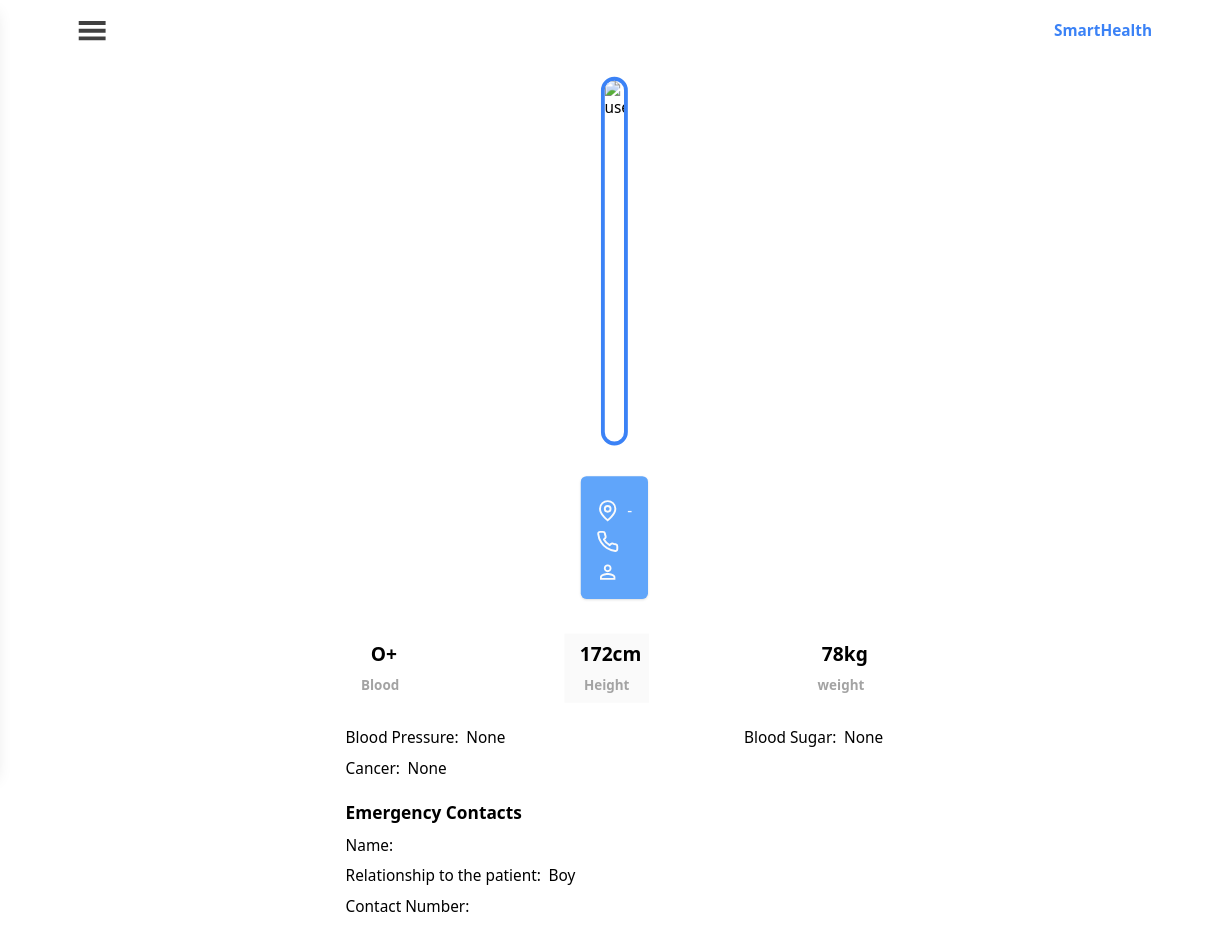
Repository: Sanaa00/HI-user
Page: /home
The author's editor kept a copy of each file at every save. The page is drawn from the files as they stood at one save, then again after the next save.
The browser window is 1280 px wide. The pictures show the whole page, at 96% of full size.
The page's requests for data from a server got no answer. The project was rebuilt for these pictures with package versions that can differ from the ones it lists, and the page was loaded fresh each time. No one was signed in, and anything a server would have sent is missing. Also part of the build but not shown: vite.config.js, src/App.css, src/Components/Pagination.jsx, src/Pages/Prescription.jsx, src/Components/modalComponent.jsx, src/Pages/Laboratory.jsx, src/Pages/Radiographic.jsx, src/Components/InputField.jsx and 2 more.

Above is the page before, as saved 2024-01-12 21:14:09.

### src/main.jsx
import React from 'react';
import ReactDOM from 'react-dom/client';
import App from './App.jsx';
import './index.css';
import Modal from 'react-modal';
import { BrowserRouter } from 'react-router-dom';
Modal.setAppElement('#root');
ReactDOM.createRoot(document.getElementById('root')).render(
  <React.StrictMode>
    <BrowserRouter>
      {/* <Provider store={store}> */}
      <App />
      {/* </Provider>{' '} */}
    </BrowserRouter>
  </React.StrictMode>,
);

### src/App.jsx
import { Route, Routes } from 'react-router-dom';
import './App.css';
import Home from './Pages/Home';
// import Test from './Pages/Test';
import Navbar from './Components/Navbar';
import Prescription from './Pages/Prescription';
import Laboratory from './Pages/Laboratory';
import Radiographic from './Pages/Radiographic';
import ModalComponent from './Components/modalComponent';
import Login from './Pages/Login';
import SignUp from './Pages/SignUp';

function App() {
  return (
    <>
      <Navbar />
      <Routes>
        <Route path="/home" element={<Home />} />
        <Route path="/laboratory" element={<Laboratory />}>
          <Route path=":id" element={<ModalComponent />} />
        </Route>
        <Route path="/Radiographic" element={<Radiographic />} />
        <Route path="/Prescription" element={<Prescription />} />
        <Route path="/" element={<Login />} />
        <Route path="/signup" element={<SignUp />} />
        {/* <Route path="products" element={<Products />} />
          <Route path="setting" element={<Setting />} />
          <Route path="hide" element={<HideProducts />} /> */}
        {/* </Route> */}
      </Routes>
    </>
  );
}

export default App;

### src/Pages/Home.jsx
import { useEffect, useState } from 'react';
import { supabase } from '../supabaseClient';
import { FaLocationDot, FaPhone } from 'react-icons/fa6';
import { LuPhone } from 'react-icons/lu';
import { MdPermIdentity } from 'react-icons/md';
import { CiPhone } from 'react-icons/ci';
import { GrLocation } from 'react-icons/gr';
function Home() {
  const [data, setData] = useState([]);

  useEffect(() => {
    const fetchData = async () => {
      const { data, error } = await supabase
        .from('personInformation')
        .select('*')
        .eq('id', 34567890)
        .single();
      console.log('first', data);
      if (error) console.log('Error', error);
      else setData(data);
    };

    fetchData();
  }, []);
  return (
    <div className="mt-16 min-h-screen p-4 sm:px-10 md:px-20  flex flex-col lg:items-center">
      <div className="flex justify-center items-center">
        {console.log(data)}{' '}
        <img
          className="object-cover rounded-full w-72 border-4 border-blue-500 h-72 lg:w-1/2 lg:h-96 "
          src={data.userImage}
          alt="user"
        />
      </div>
      {/* <div className="mt-5 text-center font-bold text-lg lg:w-1/2">
        Personal Information
      </div> */}
      <div className="mt-3 lg:w-1/2 flex justify-center items-center">
        {/* <span>Name:</span> */}
        <span className="ml-2 font-semibold">{data.fullName}</span>
      </div>{' '}
      {/* <div className="mt-2 flex justify-between items-center lg:w-1/2"> */}
      {/* <span>
          {' '}
          <span>DOB:</span>
          <span className="ml-2">{data.dateOfBirth}</span>
        </span>{' '}
        <span>
          {' '}
          <span>Gender:</span>
          <span className="ml-2">{data.gender}</span>
        </span> */}
      {/* </div>{' '} */}
      <div className="mt-5 bg-blue-400 text-neutral-50 rounded-md p-4 shadow ">
        {' '}
        <div className="mt-2 flex justify-between items-center lg:w-1/2">
          <span className="flex items-center flex-row">
            {' '}
            <span>
              <GrLocation className="w-6 h-6" />
            </span>
            <span className="ml-2">
              {data.city}-{data.address}
            </span>
          </span>
        </div>
        {/* ****************** */}
        <div className="mt-2 flex justify-between items-center lg:w-1/2">
          <span className="flex items-center">
            {' '}
            <span>
              <LuPhone className="w-6 h-6" />
            </span>
            <span className="ml-2">{data.contactNumber}</span>
          </span>{' '}
        </div>{' '}
        <div className="mt-2 flex justify-between items-center lg:w-1/2">
          <span className="flex items-center">
            {' '}
            <span>
              <MdPermIdentity className="w-6 h-6" />
            </span>
            <span className="ml-2">{data.id}</span>
          </span>{' '}
        </div>
      </div>
      {/* **********vital information*********** */}
      <div className="mt-5 p-4 flex justify-between items-center  text-lg lg:w-1/2">
        {' '}
        {/* <div className="mt-2 flex justify-between items-center lg:w-1/2"> */}
        <div className="flex flex-col items-center justify-center ">
          {' '}
          <div className="ml-2 text-xl font-bold">O+</div>
          <div className="text-sm font-semibold text-neutral-400 mt-2">
            Blood
          </div>
        </div>{' '}
        {/* </div>{' '} */}
        {/* <div className="mt-2 flex justify-between items-center lg:w-1/2"> */}
        <div className="flex flex-col justify-center items-center bg-neutral-50 p-2">
          {' '}
          <div className="text-center ml-2 text-xl font-bold">172cm</div>{' '}
          <div className="text-center text-sm font-semibold text-neutral-400 mt-2">
            Height
          </div>
        </div>{' '}
        <div className="flex flex-col justify-center items-center">
          {' '}
          <div className="ml-2 text-xl font-bold">78kg</div>
          <div className="text-sm font-semibold text-neutral-400 mt-2">
            weight
          </div>
        </div>{' '}
      </div>{' '}
      {/* </div> */}
      {/* <div className="mt-2 flex justify-between items-center lg:w-1/2">
        <span>
          {' '}
          <span>Blood Type:</span>
          <span className="ml-2">O+</span>
        </span>{' '}
      </div>{' '}
      <div className="mt-2 flex justify-between items-center lg:w-1/2">
        <span>
          {' '}
          <span>Height:</span>
          <span className="ml-2">172 cm</span>
        </span>{' '}
        <span>
          {' '}
          <span>weight:</span>
          <span className="ml-2">78 kg</span>
        </span>{' '}
      </div>{' '} */}
      <div className="mt-2 flex justify-between items-center lg:w-1/2">
        <span>
          {' '}
          <span>Blood Pressure:</span>
          <span className="ml-2">None</span>
        </span>{' '}
        <span>
          {' '}
          <span>Blood Sugar:</span>
          <span className="ml-2">None</span>
        </span>{' '}
      </div>{' '}
      <div className="mt-2 flex justify-between items-center lg:w-1/2">
        <span>
          {' '}
          <span>Cancer:</span>
          <span className="ml-2">None</span>
        </span>{' '}
      </div>{' '}
      {/* ***************Emergency Contacts********** */}
      <div className="mt-5 font-bold text-lg lg:w-1/2">Emergency Contacts</div>
      <div className="mt-2 flex justify-between items-center lg:w-1/2">
        <span>
          {' '}
          <span>Name:</span>
          <span className="ml-2">{data.emergencyContactName}</span>
        </span>{' '}
      </div>{' '}
      <div className="mt-2 flex justify-between items-center lg:w-1/2">
        <span>
          {' '}
          <span>Relationship to the patient:</span>
          <span className="ml-2">Boy</span>
        </span>{' '}
      </div>{' '}
      <div className="mt-2 mb-5 flex justify-between items-center lg:w-1/2">
        <span>
          {' '}
          <span>Contact Number:</span>
          <span className="ml-2">{data.emergencyContactNumber}</span>
        </span>{' '}
      </div>
    </div>
  );
}

export default Home;

### src/Components/Navbar.jsx
import { useState } from 'react';
import { Link, NavLink } from 'react-router-dom';
import { GiHamburgerMenu } from 'react-icons/gi';
import { IoCloseSharp } from 'react-icons/io5';
function Navbar() {
  const [open, setOpen] = useState(false);
  return (
    <div className="flex text-neutral-700 top-0 z-50 fixed px-4 sm:px-10 md:px-20 justify-between items-center bg-white h-16 w-full">
      <div
        className={` flex justify-between hover:bg-opacity-80 duration-500 hover:duration-500 items-center w-full h-full text-lg font-bold`}
      >
        <button onClick={() => setOpen(!open)} className="">
          <GiHamburgerMenu className="w-8 h-8" />
        </button>{' '}
        <div
          className={` bg-white rounded-sm  flex flex-col fixed w-4/5 lg:w-96 top-0 z-40 left-0 shadow-lg transform duration-500 ease-in-out ${
            open ? 'translate-x-0' : '-translate-x-full'
          }`}
        >
          <button
            onClick={() => setOpen(!open)}
            className="mt-3 mb-2 left-0 px-3 flex h-16"
          >
            <IoCloseSharp className="w-9 h-9" />
          </button>

          <div className="w-full h-screen flex flex-col text-orange p-4">
            <Link to="/home" onClick={() => setOpen(!open)} className="pb-3">
              Person Information
            </Link>
            <Link
              to="/Radiographic"
              onClick={() => setOpen(!open)}
              className="py-3"
            >
              Radiographic examination
            </Link>
            <Link
              to="/laboratory"
              onClick={() => setOpen(!open)}
              className="py-3"
            >
              Laboratory examination
            </Link>
            <Link
              to="/Prescription"
              onClick={() => setOpen(!open)}
              className="py-3"
            >
              Prescription
            </Link>
          </div>
        </div>
      </div>
      <NavLink to="/home" className="ml-2 font-bold text-blue-500">
        SmartHealth
      </NavLink>
    </div>
  );
}

export default Navbar;

### src/supabaseClient.js
import { createClient } from '@supabase/supabase-js';

const supabaseUrl =
    import.meta.env.VITE_REACT_APP_SUPABASE_URL;
const supabaseAnonKey =
    import.meta.env.VITE_REACT_APP_SUPABASE_ANON_KEY;

export const supabase = createClient(supabaseUrl, supabaseAnonKey);

Loaded but not shown: index.html (common file); src/index.css (common file); tailwind.config.js (common file)

After the next save:
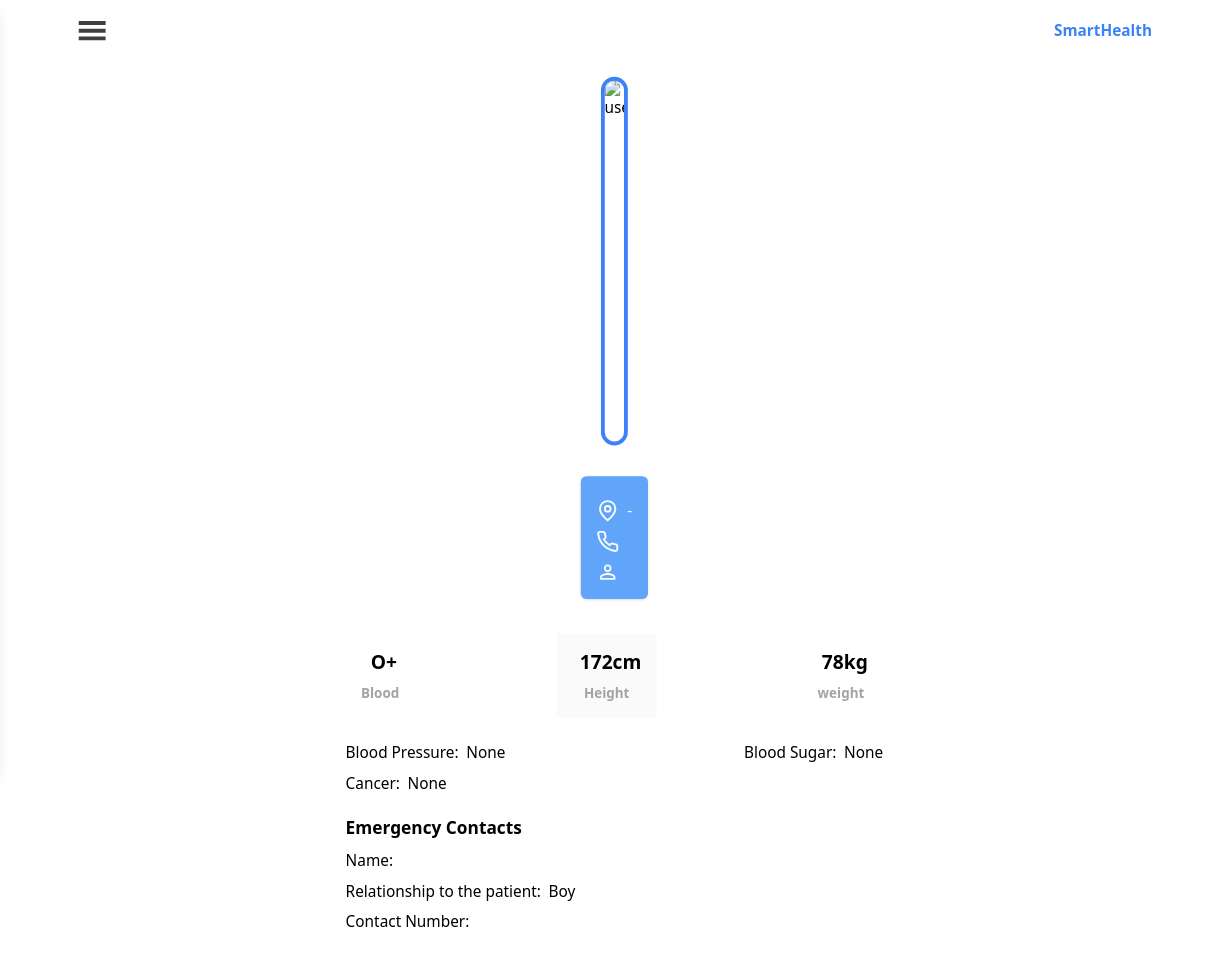
Saved 4 s later.
--- a/src/Pages/Home.jsx
+++ b/src/Pages/Home.jsx
@@ -97,7 +97,7 @@ function Home() {
         </div>{' '}
         {/* </div>{' '} */}
         {/* <div className="mt-2 flex justify-between items-center lg:w-1/2"> */}
-        <div className="flex flex-col justify-center items-center bg-neutral-50 p-2">
+        <div className="flex flex-col justify-center items-center bg-neutral-50 p-4">
           {' '}
           <div className="text-center ml-2 text-xl font-bold">172cm</div>{' '}
           <div className="text-center text-sm font-semibold text-neutral-400 mt-2">
